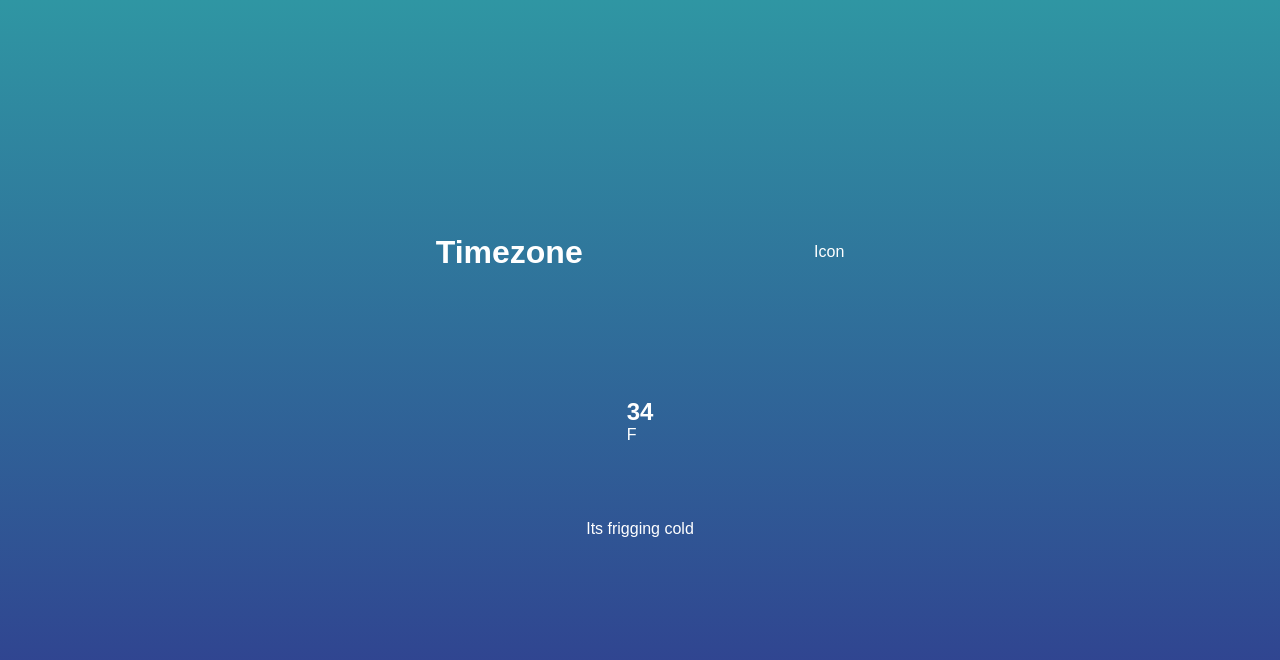
Repository: iphyokafor/weather-app
Page: index.html
An editor plug-in stored every save of this project. The page is shown before and after the next save, followed by the edit.
The browser window is 1280 px wide. The pictures show the whole page.

Above is the page before, as saved 2020-01-21 11:17:30.

After the next save:
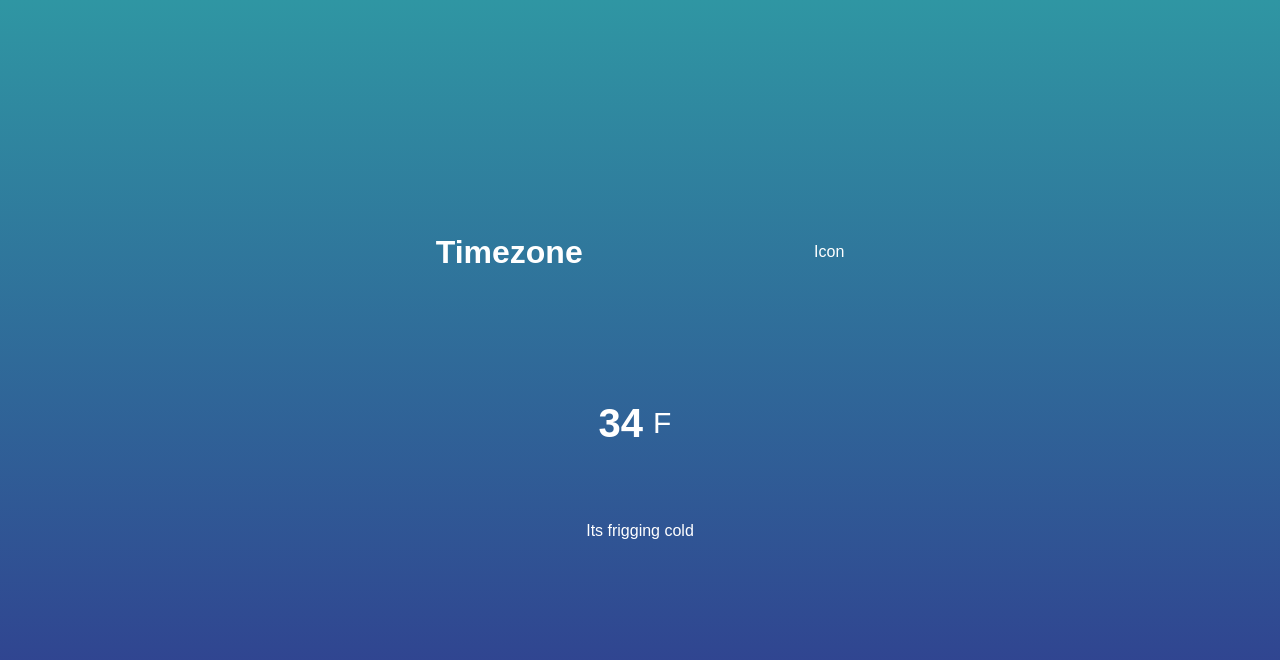
Saved 2 min 13 s later.
--- a/style.css
+++ b/style.css
@@ -27,3 +27,17 @@ body {
 .temperature {
     flex-direction: column;
 }
+
+.degree-section {
+    display: flex;
+    align-items: center;
+}
+
+.degree-section span {
+    margin: 10px;
+    font-size: 30px;
+}
+
+.degree-section h2 {
+    font-size: 40px;
+}
